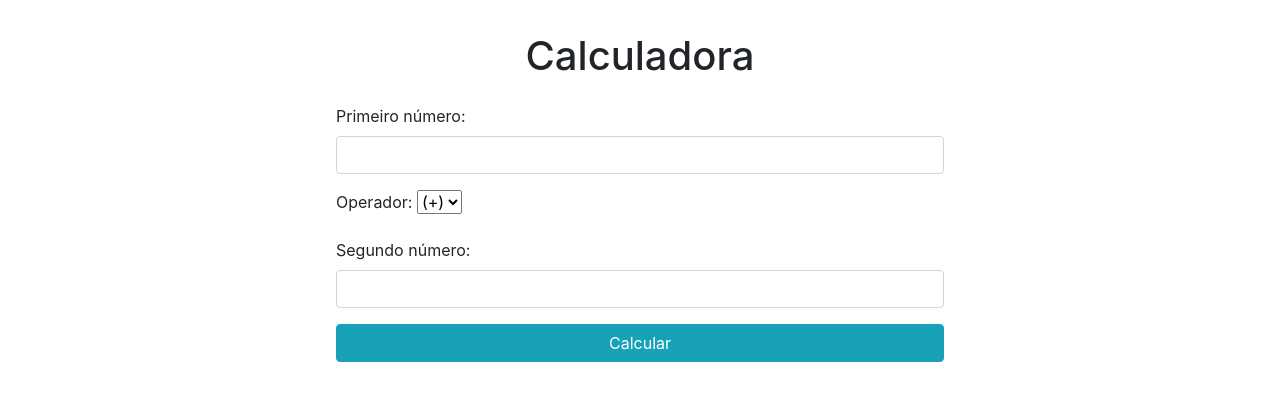
Repository: babirms/DAC
Page: Calculadora/WebContent/home.html
An editor plug-in stored every save of this project. The page is shown before and after the next save, followed by the edit.
The browser window is 1280 px wide. The pictures show the whole page.

Above is the page before, as saved 2020-09-20 23:09:03.
Console error (its wording comes from the project's code and is left out).

After the next save:
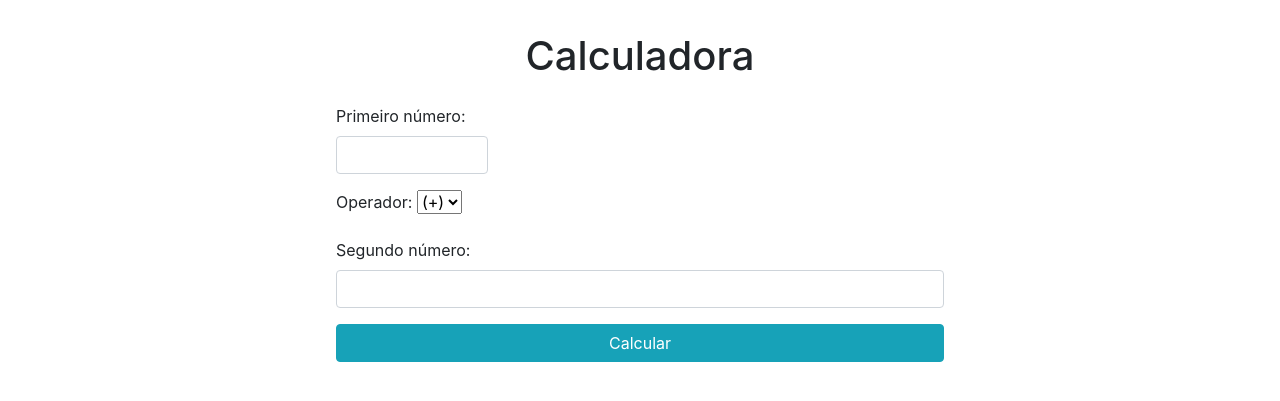
Saved 12 s later.
--- a/Calculadora/WebContent/home.html
+++ b/Calculadora/WebContent/home.html
@@ -12,7 +12,7 @@
 		<div class="container w-50 p-3">
 			<h1 class="p-3 text-center">Calculadora</h1>
 			<form action="CalculadoraServlet" method="get">
-				<div class="form-group">
+				<div class="form-group w-25">
 					<label for="primeiroNum">Primeiro número: </label> <input
 						type="number" class="form-control" name="primeiroValue"
 						id="primeiroNum ">
